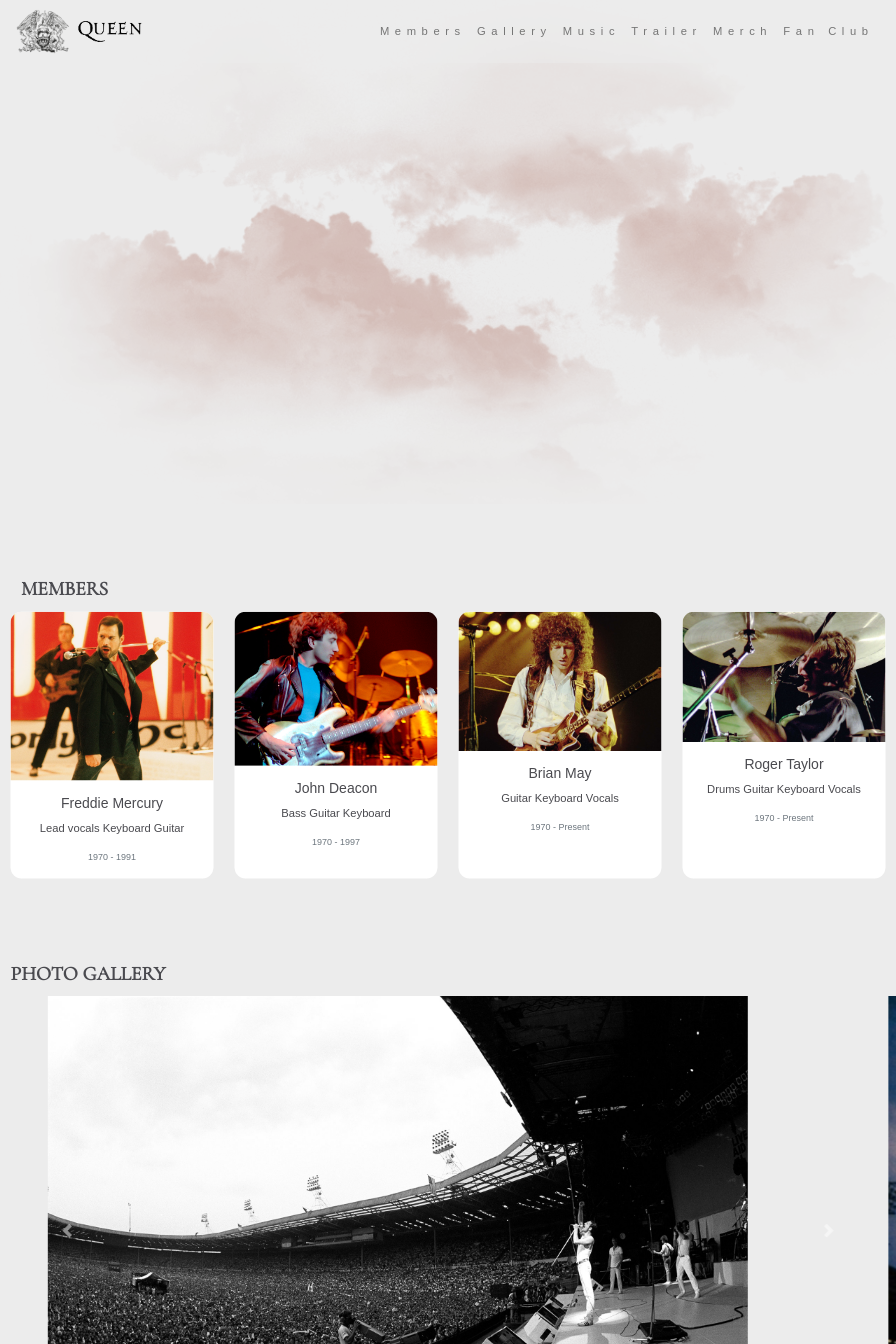
Repository: Olan1/Queen---The-Unofficial-Site
Page: index.html
The author's editor kept a record of every edit. The page is drawn from the files as they stood at one moment, then again after the next edit.
The browser window is 1280 px wide. The pictures show the part of the page from y = 0 to 1920 px (the page is 2846 px tall before and 3566 px after), at 70% of full size.

Above is the page before.

After the next edit:
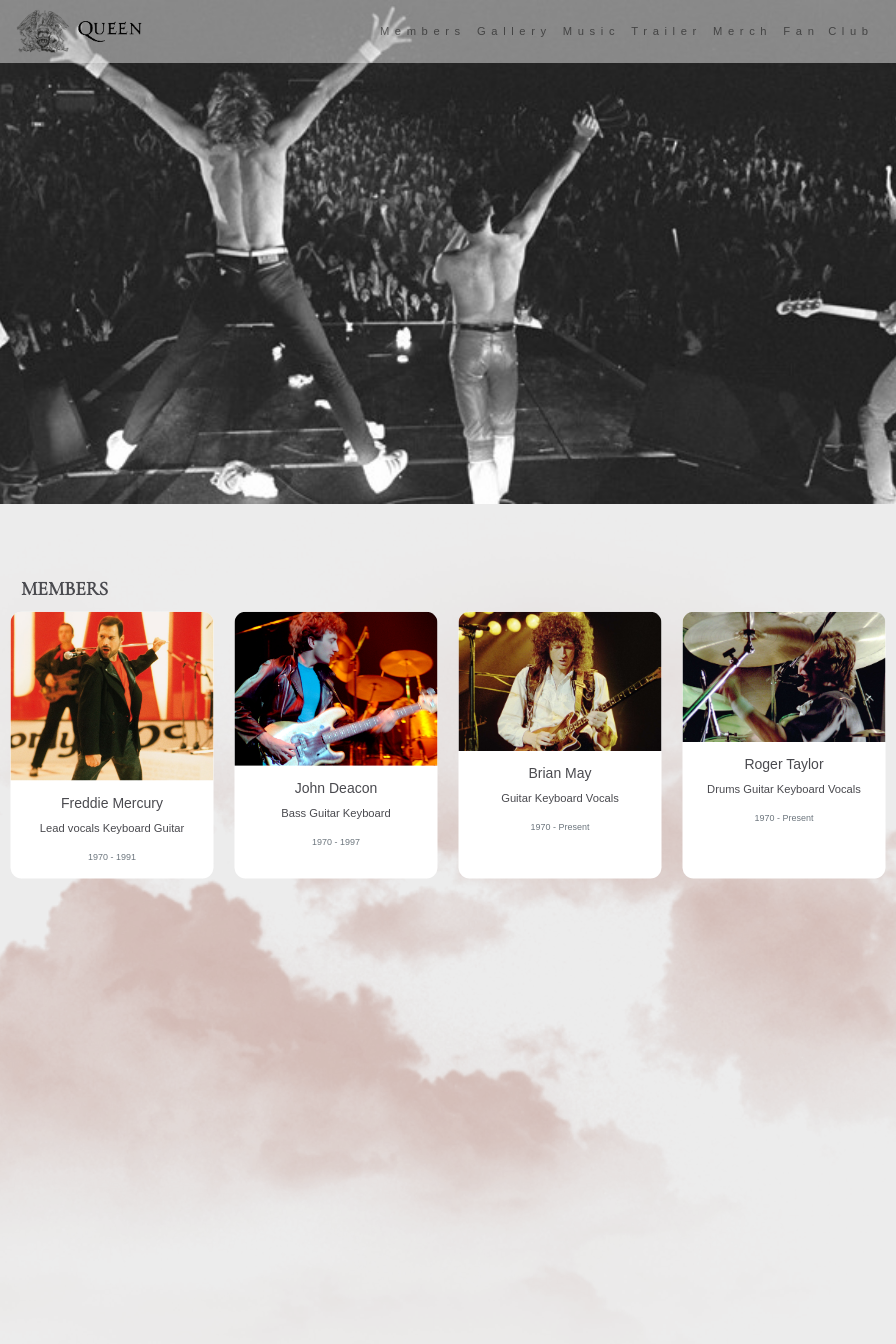
The edit:
--- a/assets/css/style.css
+++ b/assets/css/style.css
@@ -180,7 +180,7 @@
 
 /*-------------------- Members Section*/
 
-.header-container {
+.members-container {
     background: url(../images/background/red-smoke.png) no-repeat 60% center;
     -webkit-background-size: cover;
     -moz-background-size: cover;
